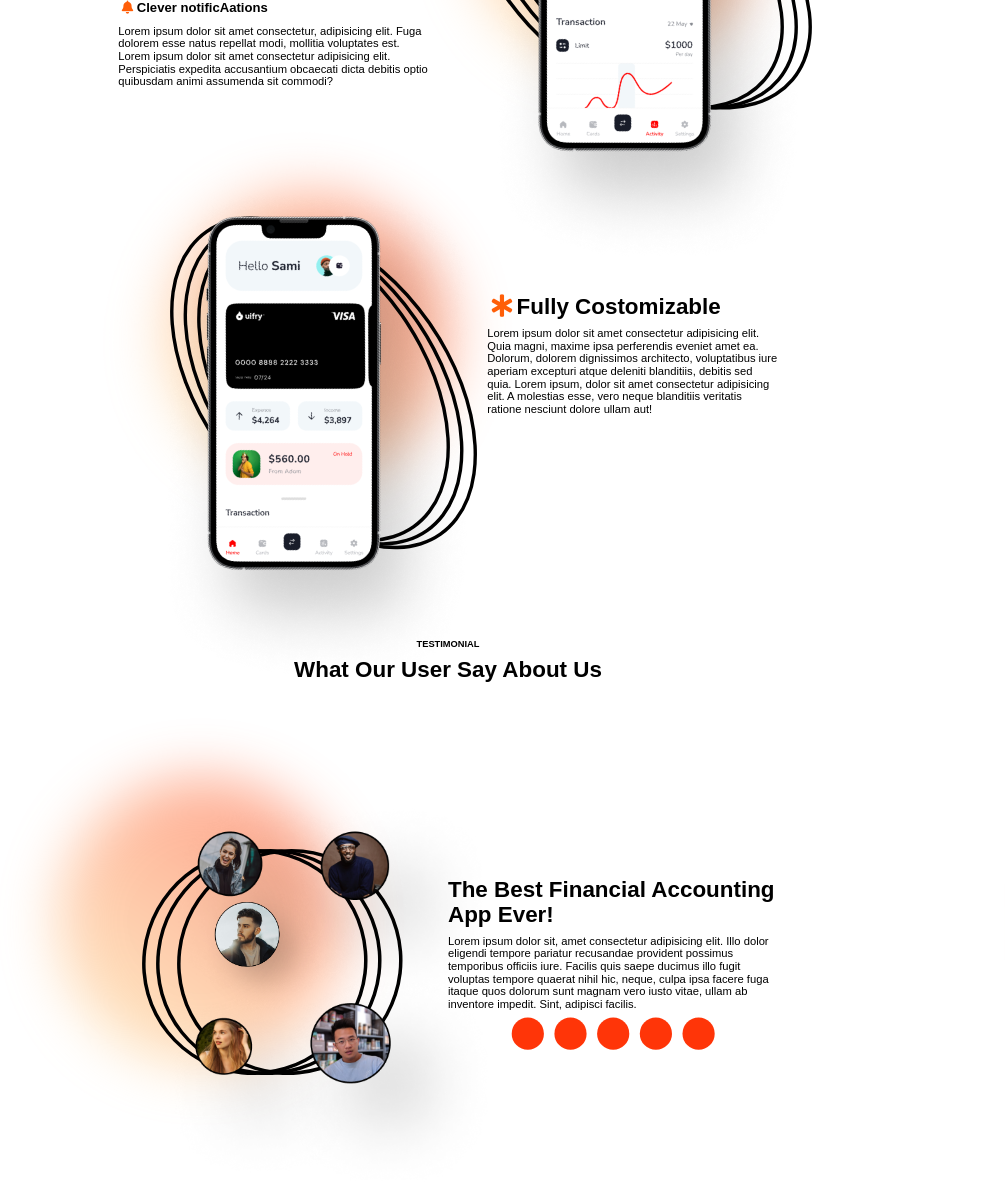
Repository: sakshambansal7/Uifry
Page: index.html
An editor plug-in stored every save of this project. The page is shown before and after the next save, followed by the edit.
The browser window is 1280 px wide. The page is 1435 px wide, so the pictures cover 1435 px, including what lies to the right of the window. The pictures show the part of the page from y = 1714 to 3434 px (the page is 3434 px tall), at 70% of full size.
Some web libraries are served in a nearby version.

Above is the page before, as saved 2024-06-12 22:38:51.

After the next save:
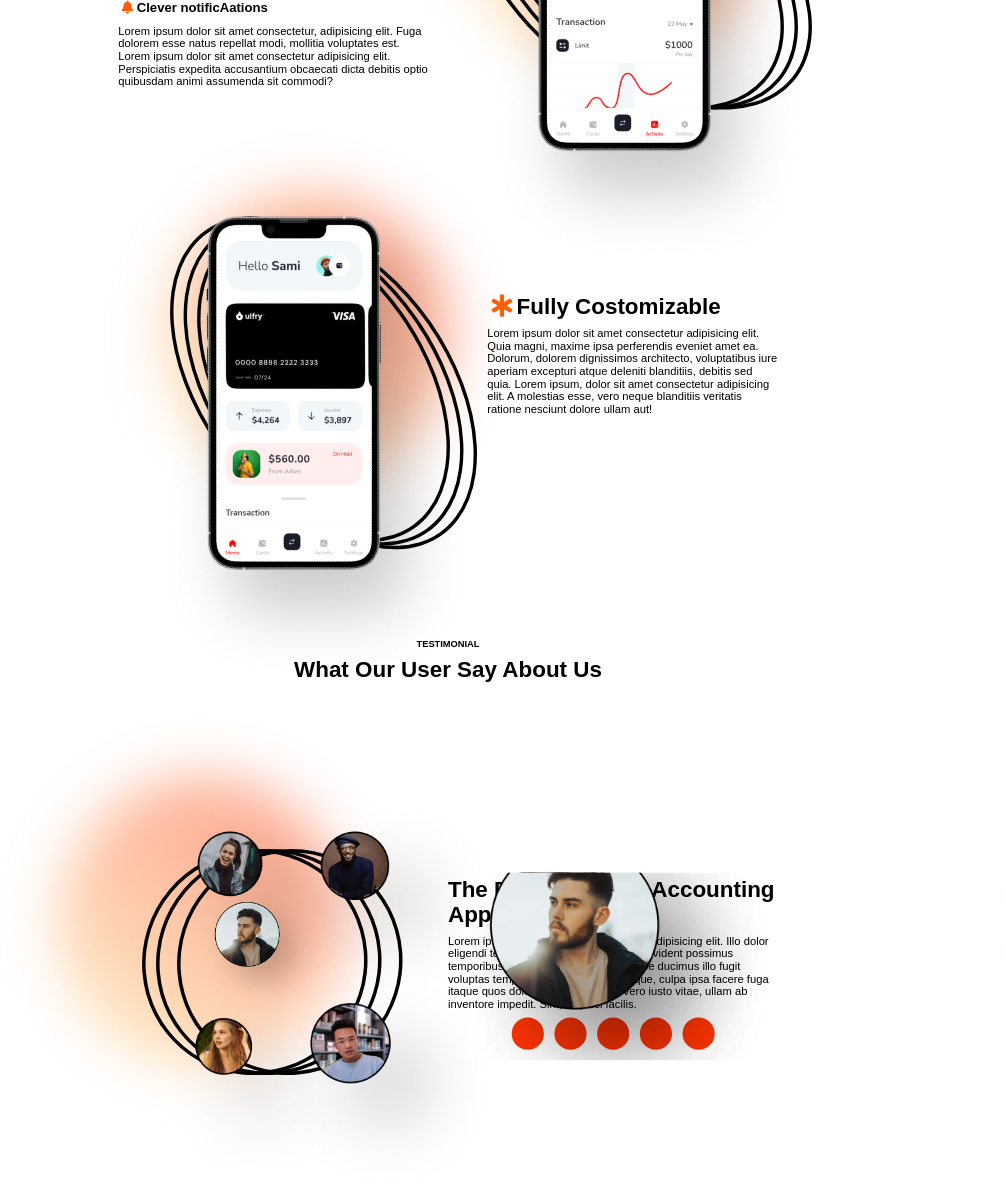
Saved 59 s later.
--- a/style.css
+++ b/style.css
@@ -432,7 +432,11 @@
 
 }
 
-.images  img {
+.images .img img {
   width: 100%;
   height: 100%;
-}
+  object-fit: cover; /* Ensures the image covers the entire area of the div */
+  position: absolute; /* Ensure the image covers the entire container */
+  top: 0;
+  left: 0;
+}

After the save that followed:
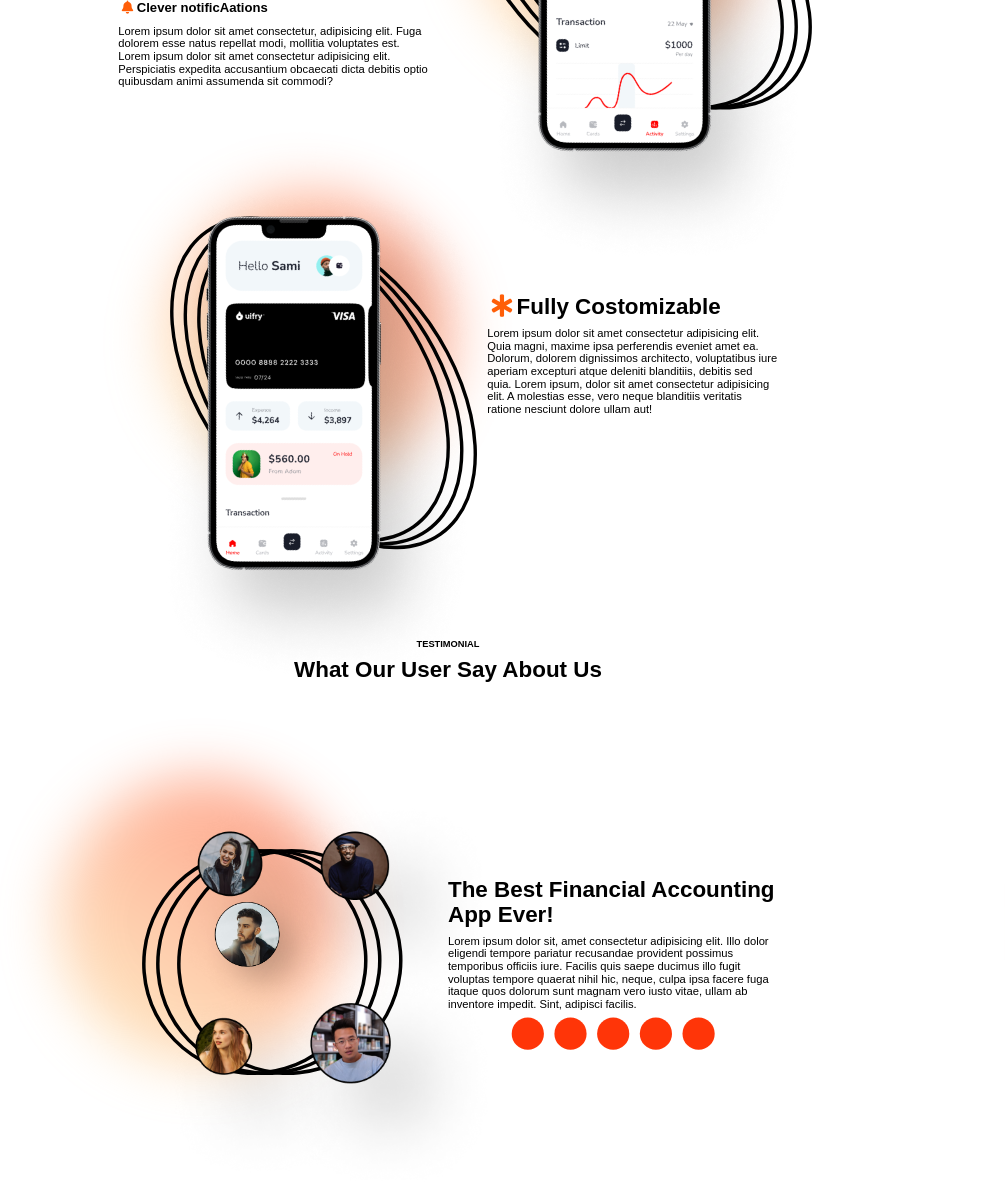
Saved 12 s later.
--- a/style.css
+++ b/style.css
@@ -432,11 +432,7 @@
 
 }
 
-.images .img img {
+.images  img {
   width: 100%;
   height: 100%;
-  object-fit: cover; /* Ensures the image covers the entire area of the div */
-  position: absolute; /* Ensure the image covers the entire container */
-  top: 0;
-  left: 0;
-}
+}
